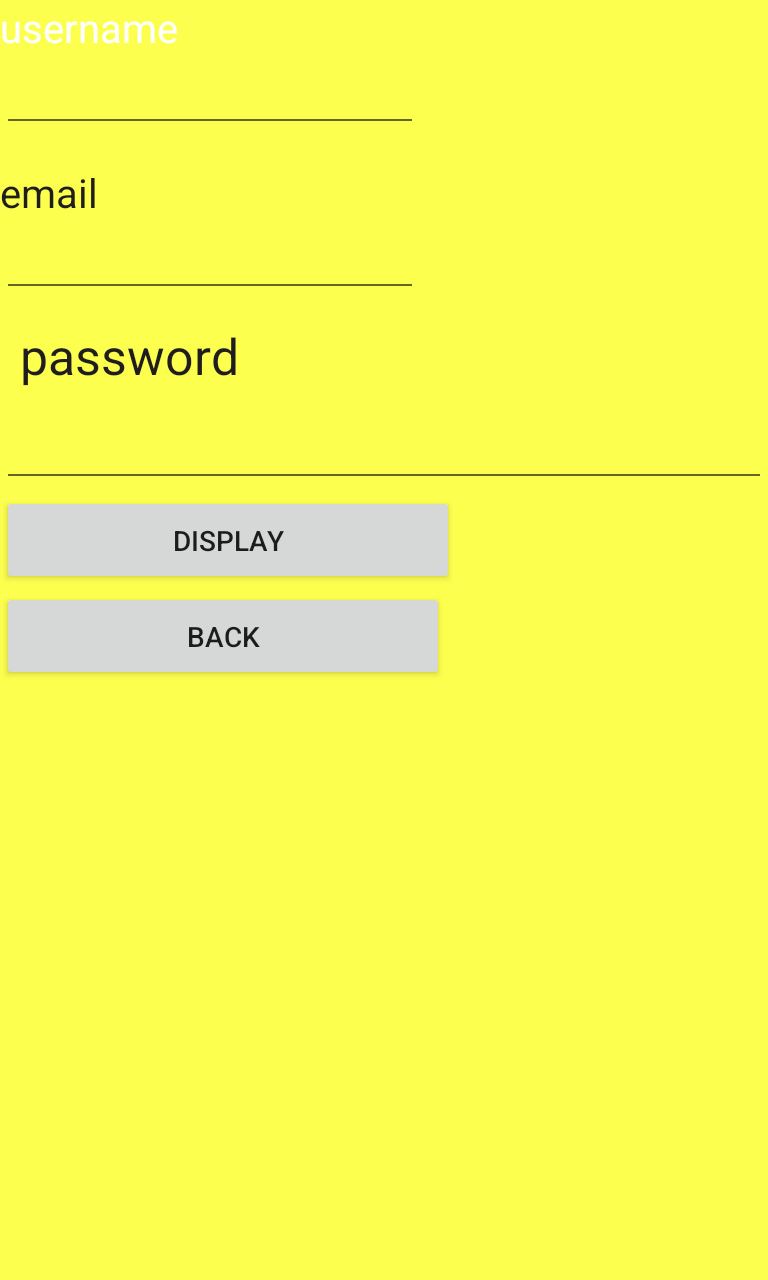
Repository: janemuthoni/icon
Layout: Exam/res/layout/register.xml
An editor plug-in stored every save of this project. The layout is shown before and after the next save, followed by the edit.
It is drawn on a 768 x 1280 px phone screen (xhdpi) without system bars, with theme AppTheme; the app's code is not run.

Above is the layout before, as saved 2014-08-07 08:27:03.

After the next save:
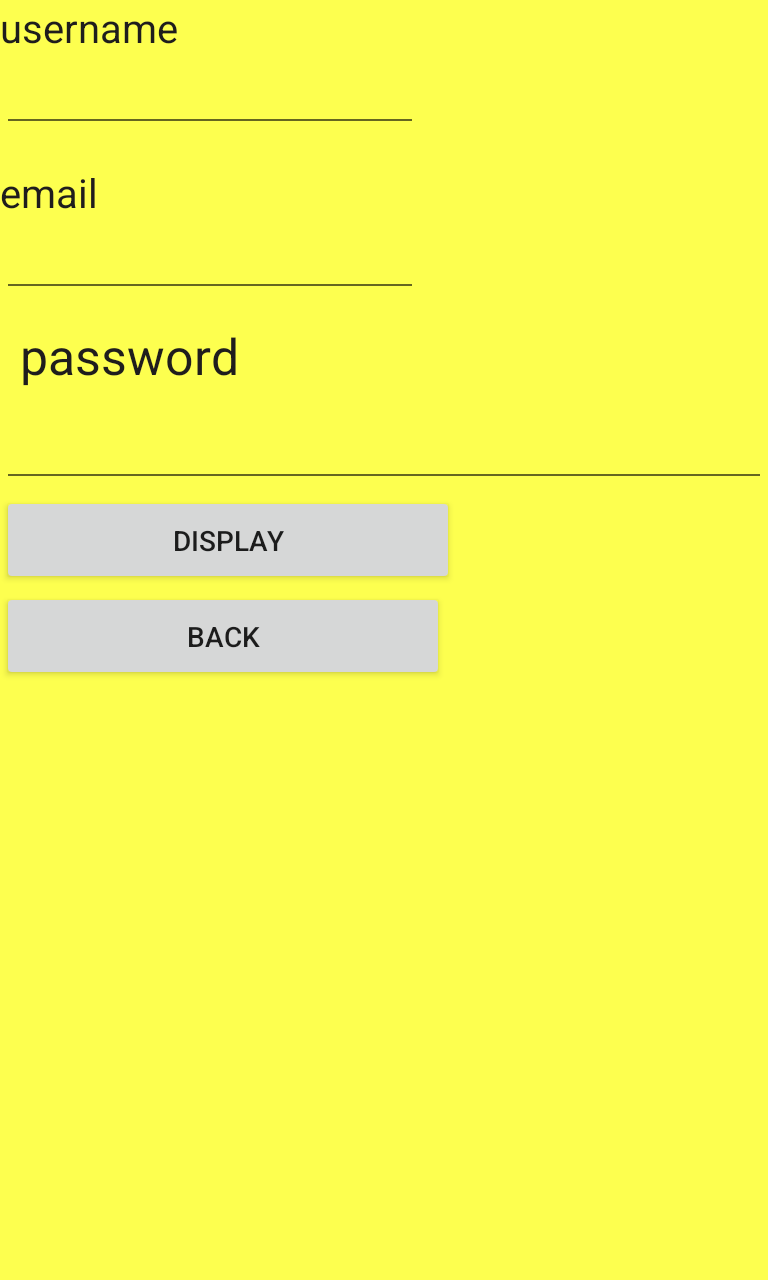
Saved 12 s later.
--- a/Exam/res/layout/register.xml
+++ b/Exam/res/layout/register.xml
@@ -10,7 +10,7 @@
            android:layout_height="wrap_content"
            android:text="@string/Username"
            android:textSize="20sp"
-           android:textColor="@color/white" />
+           android:textColor="@color/black" />
 
        <EditText
            android:id="@+id/editText2"
